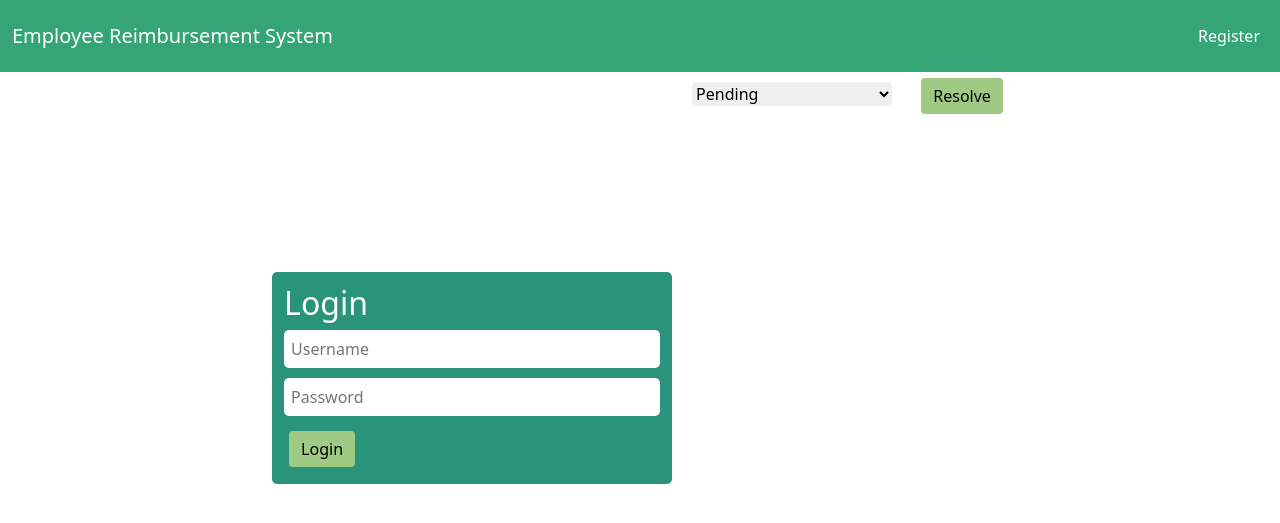
Repository: ChrisRod1212/FullStackJavaProject1
Page: src/main/resources/index.html
An editor plug-in stored every save of this project. The page is shown before and after the next save, followed by the edit.
The browser window is 1280 px wide. The pictures show the whole page.

Above is the page before, as saved 2022-03-24 23:20:23.
Console error (its wording comes from the project's code and is left out).

After the next save:
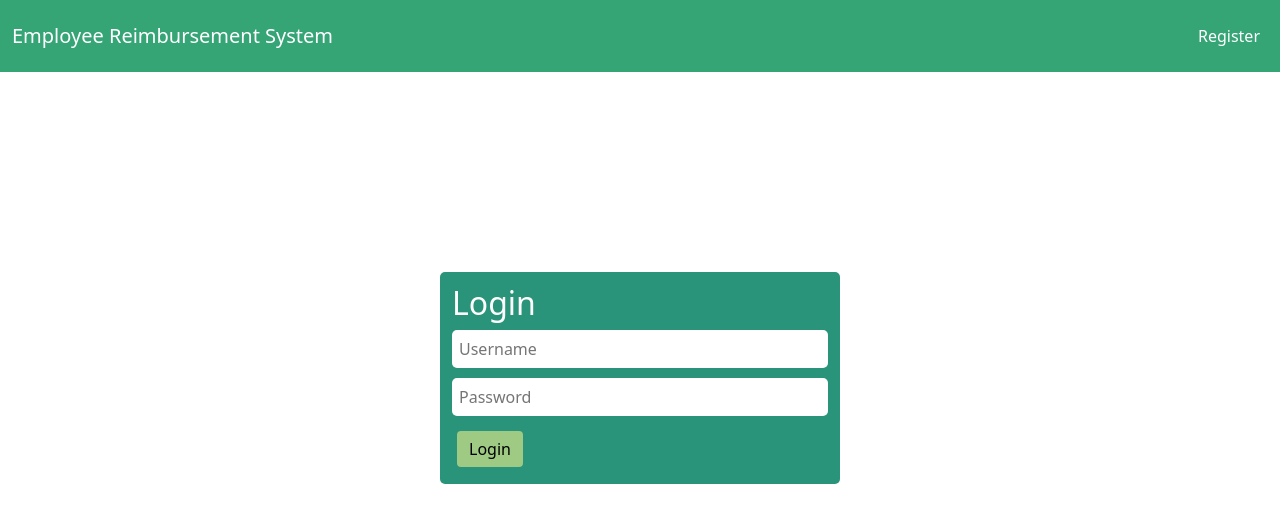
The error is gone.
Saved 11 s later.
--- a/src/main/resources/index.html
+++ b/src/main/resources/index.html
@@ -43,15 +43,7 @@
             </div>
           </form>
 
-          <div>
-            <select class= "form-input" id="resolve_${reimbursement.reimbId}" placeholder="Reimbursement Type" >
-              <option value=0>Pending</option>
-              <option value=1>Approve</option>
-              <option value=2>Deny</option>
 
-            </select>
-            <button class="btn" onclick="resolve("resolve_${reimbursement.reimbId}")>Resolve</button>
-          </div>
       </div>
     <script src="https://cdn.jsdelivr.net/npm/bootstrap@5.1.3/dist/js/bootstrap.bundle.min.js" integrity="sha384-ka7Sk0Gln4gmtz2MlQnikT1wXgYsOg+OMhuP+IlRH9sENBO0LRn5q+8nbTov4+1p" crossorigin="anonymous"></script>
     <script src="./script.js"></script>
